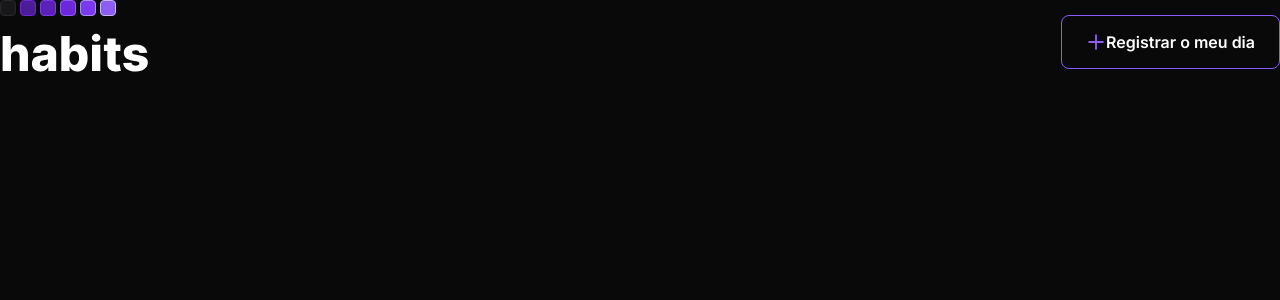
Repository: AntonyCosta/nlw-setup
Page: index.html
The author's editor kept a copy of each file at every save. The page is drawn from the files as they stood at one save, then again after the next save.
The browser window is 1280 px wide. The pictures show the whole page.

Above is the page before, as saved 2023-01-18 03:32:21.

### index.html
<!DOCTYPE html>
<html lang="pt-br">
  <head>
    <meta charset="UTF-8" />
    <meta http-equiv="X-UA-Compatible" content="IE=edge" />
    <meta name="viewport" content="width=device-width, initial-scale=1.0" />
    <link rel="preconnect" href="https://fonts.googleapis.com" />
    <link rel="preconnect" href="https://fonts.gstatic.com" crossorigin />
    <link
      href="https://fonts.googleapis.com/css2?family=Inter:wght@600&display=swap"
      rel="stylesheet"
    />
    <link rel="stylesheet" href="style.css" />
    <title>Habits</title>
  </head>
  <body>
    <header>
      <img src="./assets/logo.svg" alt="" />
      <button>
        <img src="./assets/plus.svg" alt="" />
        Registrar o meu dia
      </button>
    </header>
  </body>
</html>

### style.css
* {
  margin: 0;
  padding: 0;
  box-sizing: border-box;
}

body {
  background-color: #09090a;
  color: white;

  /* display: grid;
  place-items: center; */

  height: 100vh;
}

header {
  display: flex;
  align-items: center;
  justify-content: space-between;
}

button {
  padding: 16px 24px;
  border: 1px solid #8b5cf6;
  border-radius: 8px;
  background: transparent;
  color: #ffffff;

  display: flex;
  align-items: center;

  font-family: "Inter", arial, sans-serif;
  font-weight: 600;
  font-size: 16px;
  line-height: 125%;
}

After the next save:
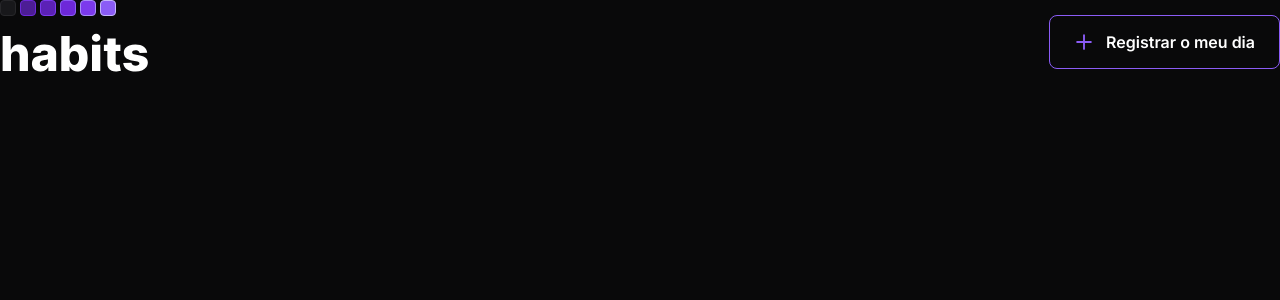
Saved 61 s later.
--- a/style.css
+++ b/style.css
@@ -29,6 +29,7 @@ button {
 
   display: flex;
   align-items: center;
+  gap: 12px;
 
   font-family: "Inter", arial, sans-serif;
   font-weight: 600;
